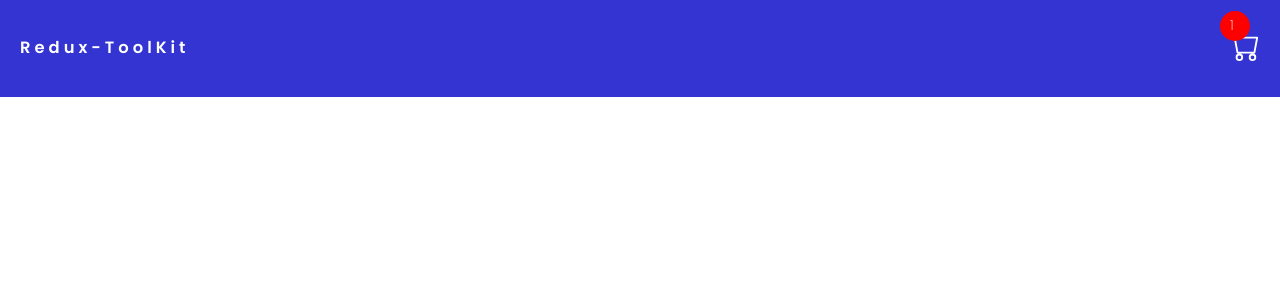
Repository: OmniaRafat232111121/shoppingCart
Page: /
The author's editor kept a copy of each file at every save. The page is drawn from the files as they stood at one save, then again after the next save.
The browser window is 1280 px wide. The pictures show the whole page.
The project was rebuilt for these pictures with package versions that can differ from the ones it lists, and the page was loaded fresh each time. Also part of the build but not shown: src/App.css.

Above is the page before, as saved 2023-02-07 01:58:19.

### src/index.js
import React from 'react';
import ReactDOM from 'react-dom/client';
import './index.css';
import App from './App';
import { Provider } from 'react-redux';
import { store } from './store';
const root = ReactDOM.createRoot(document.getElementById('root'));
root.render(
  <React.StrictMode>
    <Provider store={store}>
      <App />
    </Provider>
  </React.StrictMode>
);

### src/index.css
@import url('https://fonts.googleapis.com/css2?family=Poppins:ital,wght@0,100;0,200;0,600;1,100;1,200;1,500;1,600&display=swap');
body {
  margin:0;
  padding:0;
  box-sizing: border-box;
  line-height: 1.5;
  font-size: 0.875rem;
  font-family: 'Poppins', sans-serif;
}
nav{
  background-color: rgb(52, 52, 211);
  padding:20px 20px;
}
.nav-center{
  display: flex;
  align-items: center;
  justify-content: space-between;
  width:100%;
  color:#fff;
  margin:0 auto;
}
.nav-center h3{
  letter-spacing: 4px;
}
.nav-center h3:hover{
  letter-spacing: 2px;
}
.nav-container{
  position: relative;
}
.amount-container{
  position: absolute;
  top:-20px;
  left:-10px;
  background-color: red;
  border-radius: 50%;

  width:30px;
  height:30px;
}
.total-amount{
  position: absolute;
  left:10px;
  top:-10px;
  text-align: center;
}

### src/App.js
import './App.css';
import Navbar from './Component/Navbar';

function App() {
  return (
    <div className="App">
  <Navbar/>
    </div>
  );
}

export default App;

### src/store.js
import { configureStore } from "@reduxjs/toolkit";
import cartReducer from './features/cart/cartSlice'
export const store = configureStore({
    reducer: {
        cart:cartReducer
    }
})

### src/Component/Navbar.js
import React from 'react'
import { useSelector } from 'react-redux';
import {BsCart} from 'react-icons/bs'
const Navbar = () => {
    const {amount}=useSelector((state)=>state.cart)
  return (
      <>
          <nav>
              <div className='nav-center'>
                  <h3>Redux-ToolKit</h3>
                  <div className='nav-container'>
                      <BsCart size={30}  />
                      <div className='amount-container'>
            <p className='total-amount'>1</p>
          </div>
                  </div>

              </div>
          </nav>
      </>
  )
}

export default Navbar

### src/features/cart/cartSlice.js
import { createSlice } from "@reduxjs/toolkit";
const initialState = {
    cartItems: [],
    amount: 0,
    total: 0,
    isLoading:true
}
  const cartSlice = createSlice({
    name: 'cart',
    initialState,
})
console.log(cartSlice)
export default cartSlice.reducer

Loaded but not shown: public/index.html (common file)

After the next save:
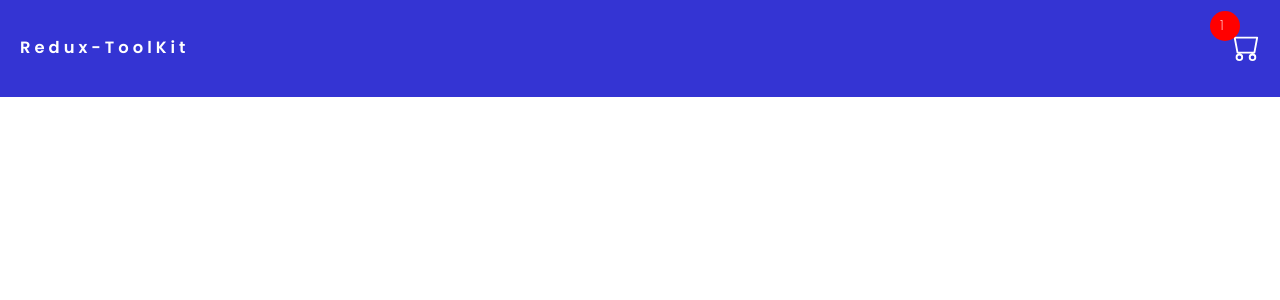
Saved 7 s later.
--- a/src/index.css
+++ b/src/index.css
@@ -31,7 +31,7 @@
 .amount-container{
   position: absolute;
   top:-20px;
-  left:-10px;
+  left:-20px;
   background-color: red;
   border-radius: 50%;
 

After the save that followed:
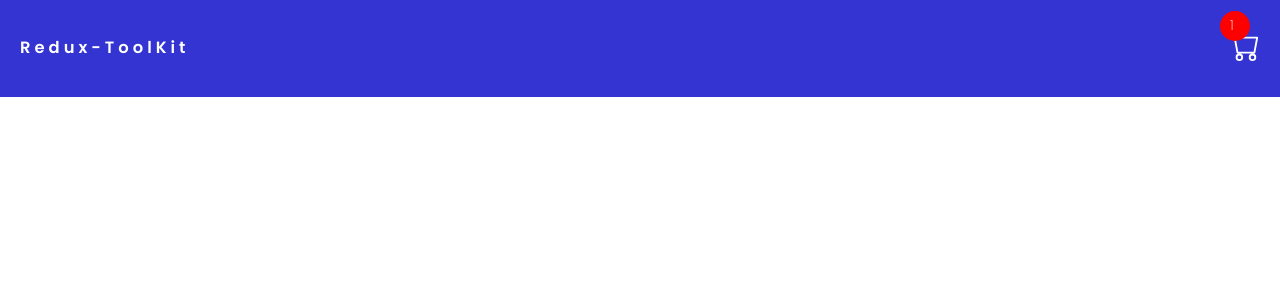
Saved 7 s later.
--- a/src/index.css
+++ b/src/index.css
@@ -31,7 +31,7 @@
 .amount-container{
   position: absolute;
   top:-20px;
-  left:-20px;
+  left:-10px;
   background-color: red;
   border-radius: 50%;
 
